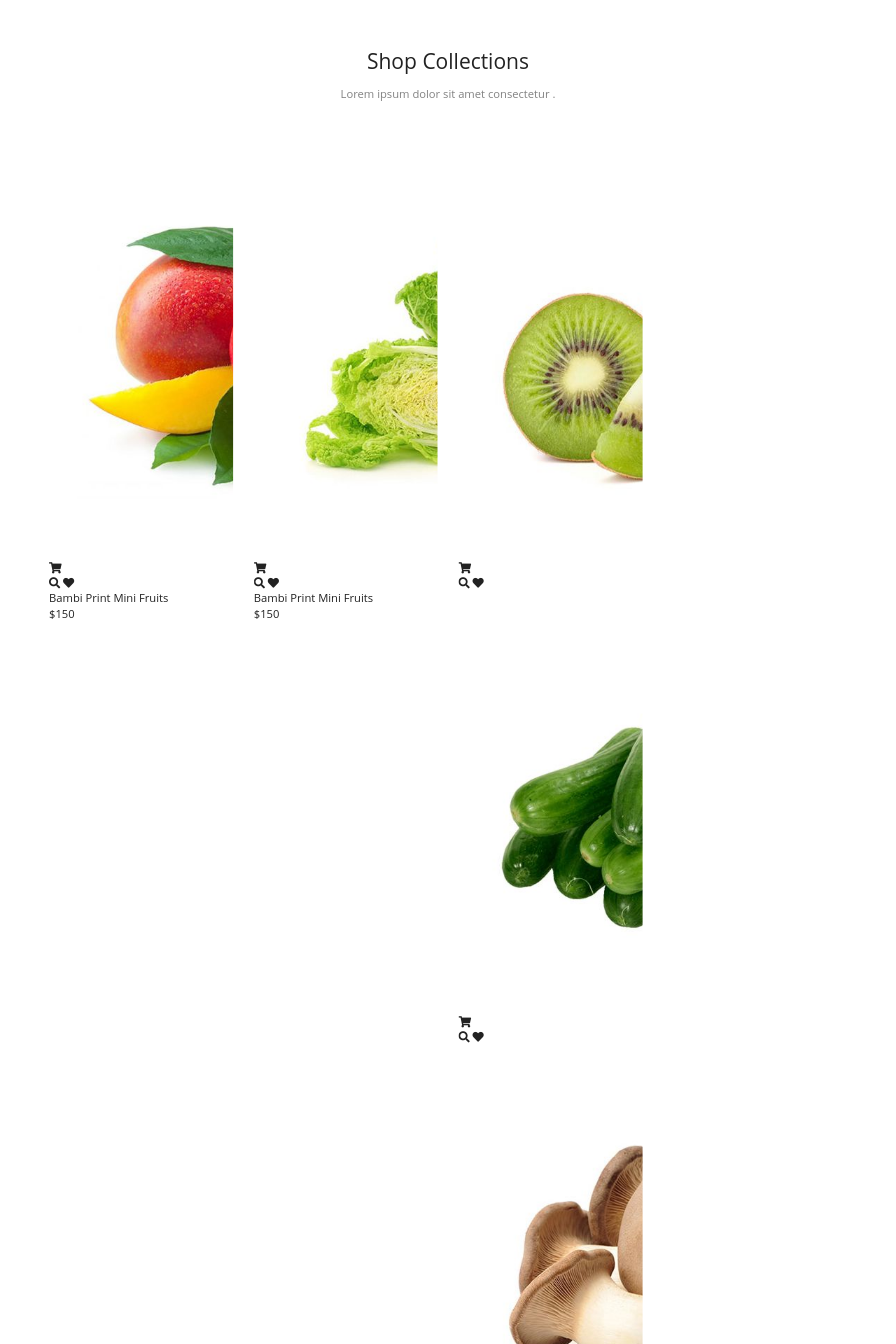
Repository: hoanggiainfomation/hoanggiainfomation.github.io
Page: index.html
An editor plug-in stored every save of this project. The page is shown before and after the next save, followed by the edit.
The browser window is 1280 px wide. The pictures show the part of the page from y = 1792 to 3712 px (the page is 4676 px tall before and 3346 px after), at 70% of full size.
Some web libraries are served in a nearby version.

Above is the page before, as saved 2021-08-17 21:07:54.

After the next save:
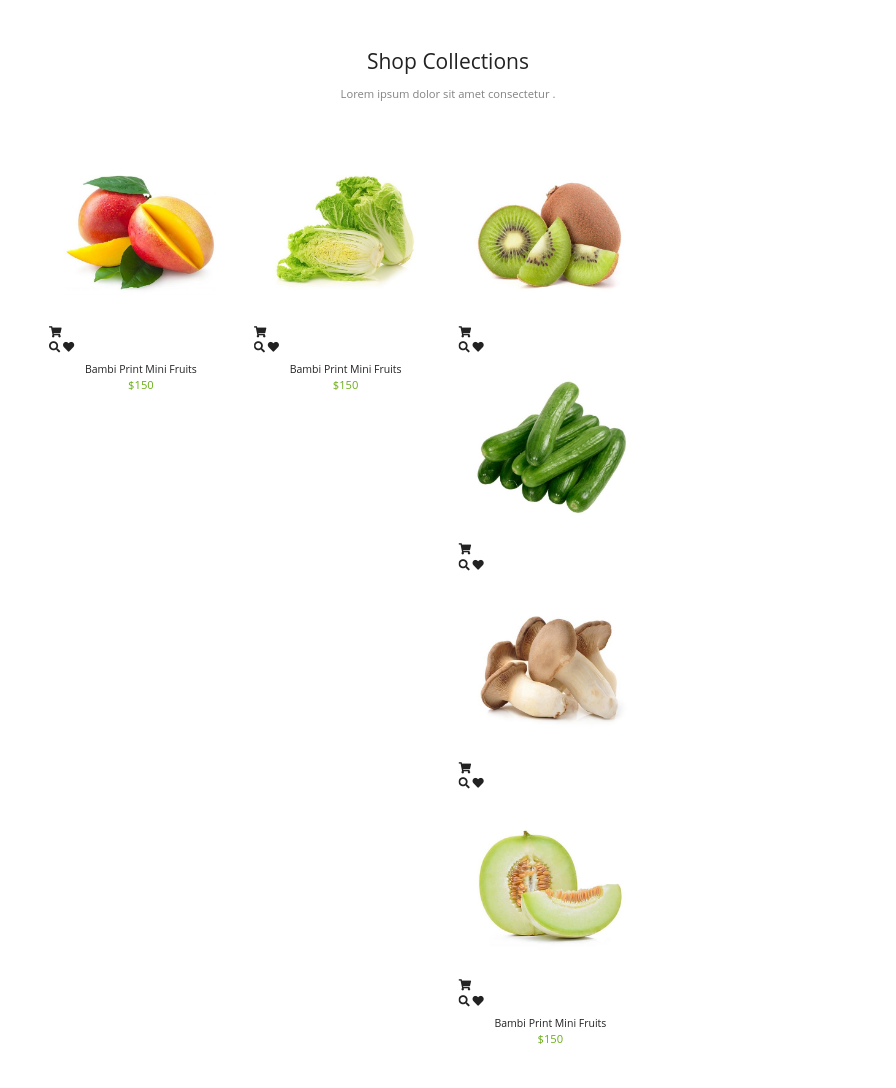
Saved 2 min 2 s later.
--- a/styles.css
+++ b/styles.css
@@ -649,3 +649,23 @@ section .title span {
   position: relative;
   cursor: pointer;
 }
+.product .img-container img {
+  width: 100%;
+  height: 100%;
+  object-fit: cover;
+}
+.product .bottom {
+  padding: 1rem;
+  text-align: center;
+}
+.product .bottom a {
+  margin-bottom: 1rem;
+  font-weight: inherit;
+  font-size: 1.5rem;
+}
+.product .bottom a:hover {
+  color: var(--primary);
+}
+.product .bottom span {
+  color: var(--primary);
+}
